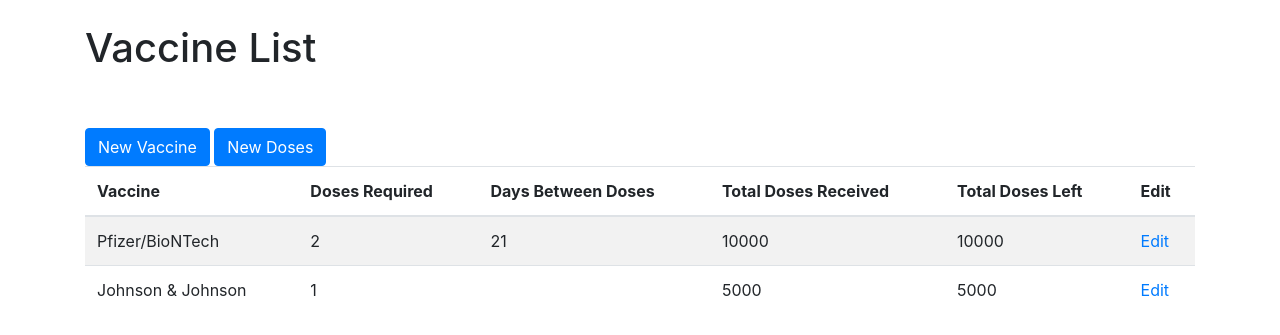
Repository: Thangtran1100/School-Stuff
Page: http://localhost/lab9/ListVaccine
An editor plug-in stored every save of this project. The page is shown before and after the next save, followed by the edit.
The browser window is 1280 px wide. The pictures show the whole page.
The page is served by Tomcat 9.

Above is the page before, as saved 2023-03-27 23:00:18.

After the next save:
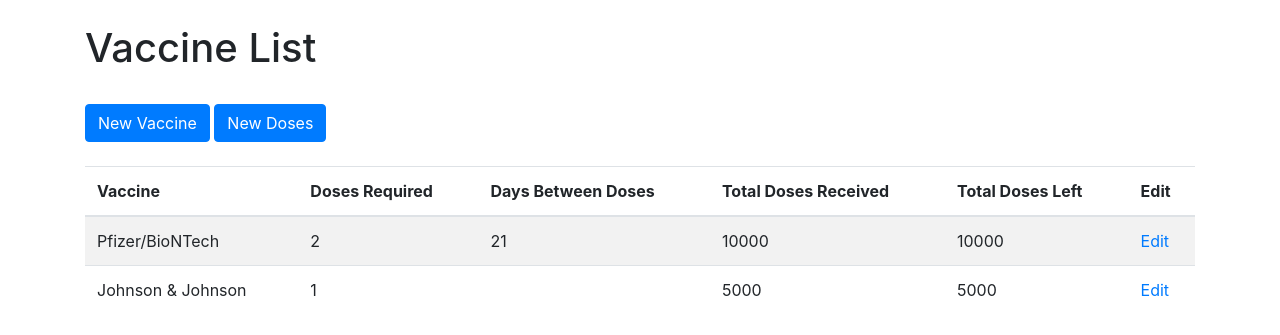
Saved 25 s later.
--- a/Spring 2023/CS3220/Assignments/3220-Lab9-App/lab9/src/main/webapp/ListVaccine.jsp
+++ b/Spring 2023/CS3220/Assignments/3220-Lab9-App/lab9/src/main/webapp/ListVaccine.jsp
@@ -15,10 +15,10 @@
 			<h1>Vaccine List</h1>
 		<br>
 
-		<br>
 		<a href="NewVaccine" class="btn btn-primary">New Vaccine</a>
 		<a href="NewDose" class="btn btn-primary">New Doses</a>
-		<br>
+
+		<br> <br>
 
 		<table class="table table-striped">
 			<thead>
